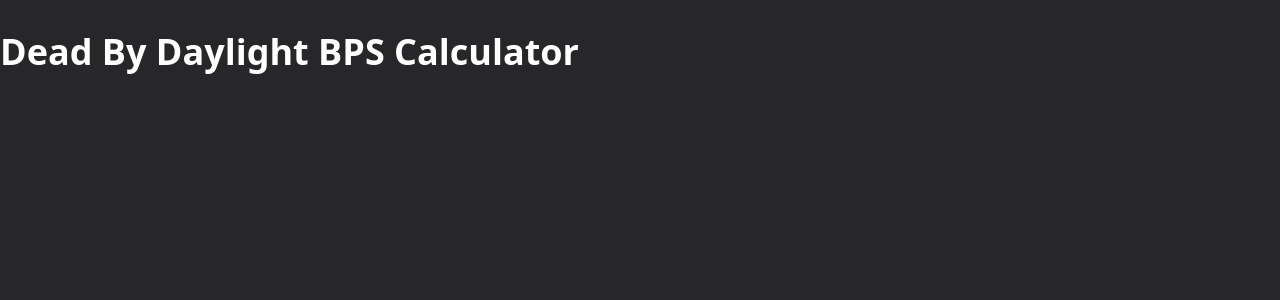
Repository: serhatgundogdu/Survivor-Bloodpoint-Calculator
Page: /
The author's editor kept a copy of each file at every save. The page is drawn from the files as they stood at one save, then again after the next save.
The browser window is 1280 px wide. The pictures show the whole page.
The project was rebuilt for these pictures with package versions that can differ from the ones it lists, and the page was loaded fresh each time. Also part of the build but not shown: vite.config.js.

Above is the page before, as saved 2023-06-13 14:45:23.

After the next save:
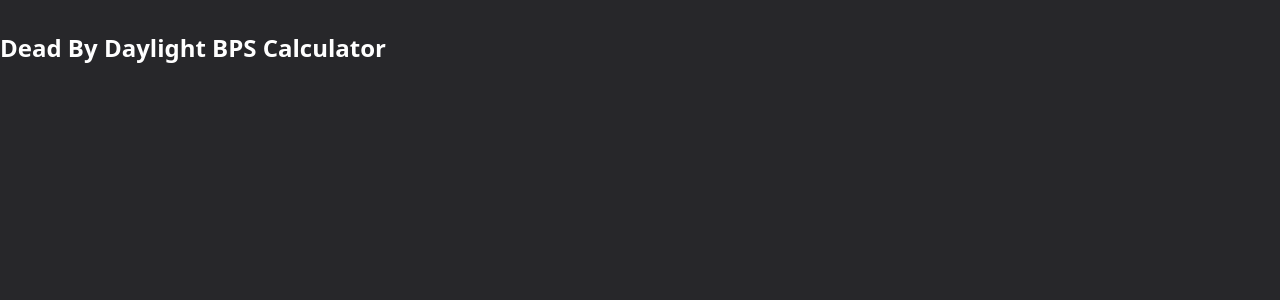
Saved 59 s later.
--- a/src/App.jsx
+++ b/src/App.jsx
@@ -2,7 +2,7 @@
   return (
     <div className="container mx-auto mt-8">
       <header>
-        <h1 className="text-4xl font-bold">Dead By Daylight BPS Calculator</h1>
+        <h1 className="text-2xl font-bold">Dead By Daylight BPS Calculator</h1>
       </header>
     </div>
   );
